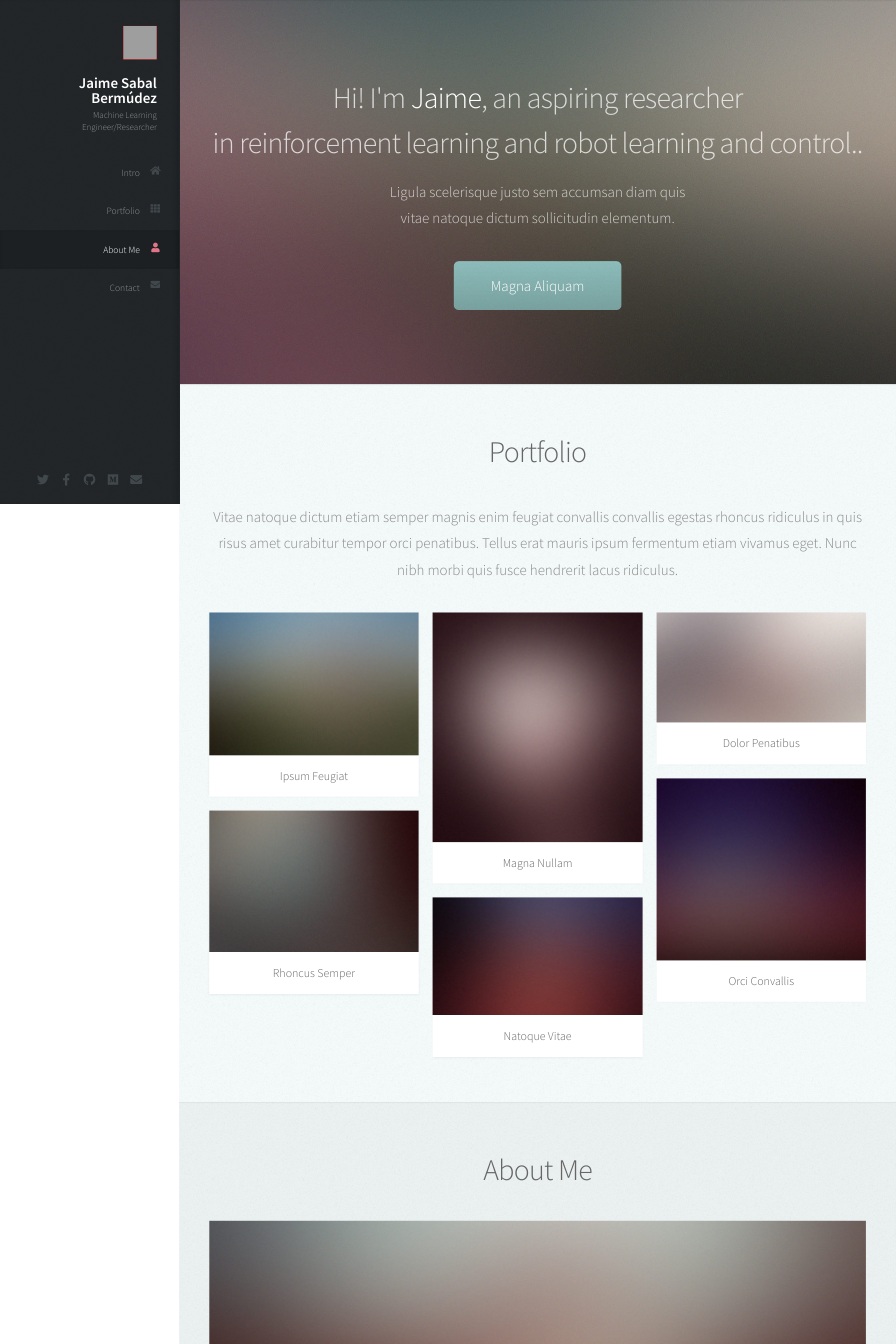
Repository: jaimesabalimperial/jaimesabalimperial.github.io
Page: index.html
These files come from the project's save history. The page is drawn as it stood at one moment and after the next save; the edit follows.
The browser window is 1280 px wide. The pictures show the part of the page from y = 0 to 1920 px (the page is 3341 px tall), at 70% of full size.
Pictures or frames that could not be fetched are drawn as grey boxes.

Above is the page before, as saved 2022-10-04 11:32:30.

### index.html
<!DOCTYPE HTML>
<!--
	Prologue by HTML5 UP
	html5up.net | @ajlkn
	Free for personal and commercial use under the CCA 3.0 license (html5up.net/license)
-->
<html>
	<head>
		<title>Prologue by HTML5 UP</title>
		<meta charset="utf-8" />
		<meta name="viewport" content="width=device-width, initial-scale=1, user-scalable=no" />
		<link rel="stylesheet" href="assets/css/main.css" />
	</head>
	<body class="is-preload">

		<!-- Header -->
			<div id="header">

				<div class="top">

					<!-- Logo -->
						<div id="logo">
							<span class="image avatar48"><img src="images/profile2.jpeg" alt="" /></span>
							<h1 id="title">Jaime Sabal Bermúdez</h1>
							<p>Machine Learning Engineer/Researcher</p>
						</div>

					<!-- Nav -->
						<nav id="nav">
							<ul>
								<li><a href="#top" id="top-link"><span class="icon solid fa-home">Intro</span></a></li>
								<li><a href="#portfolio" id="portfolio-link"><span class="icon solid fa-th">Portfolio</span></a></li>
								<li><a href="#about" id="about-link"><span class="icon solid fa-user">About Me</span></a></li>
								<li><a href="#contact" id="contact-link"><span class="icon solid fa-envelope">Contact</span></a></li>
							</ul>
						</nav>

				</div>

				<div class="bottom">

					<!-- Social Icons -->
						<ul class="icons">
							<li><a href="#" class="icon brands fa-twitter"><span class="label">Twitter</span></a></li>
							<li><a href="#" class="icon brands fa-facebook-f"><span class="label">Facebook</span></a></li>
							<li><a href="https://github.com/jaimesabalimperial" class="icon brands fa-github"><span class="label">Github</span></a></li>
							<li><a href="https://medium.com/@jsabalb" class="icon brands fa-medium"><span class="label">Medium</span></a></li>
							<li><a href="mailto: jsabalb@gmail.com" class="icon solid fa-envelope"><span class="label">Email</span></a></li>
						</ul>

				</div>

			</div>

		<!-- Main -->
			<div id="main">

				<!-- Intro -->
					<section id="top" class="one dark cover">
						<div class="container">

							<header>
								<h2 class="alt">Hi! I'm <strong>Jaime</strong>, an aspiring researcher <br />
								in reinforcement learning and robot learning and control.</a>.</h2>
								<p>Ligula scelerisque justo sem accumsan diam quis<br />
								vitae natoque dictum sollicitudin elementum.</p>
							</header>

							<footer>
								<a href="#portfolio" class="button scrolly">Magna Aliquam</a>
							</footer>

						</div>
					</section>

				<!-- Portfolio -->
					<section id="portfolio" class="two">
						<div class="container">

							<header>
								<h2>Portfolio</h2>
							</header>

							<p>Vitae natoque dictum etiam semper magnis enim feugiat convallis convallis
							egestas rhoncus ridiculus in quis risus amet curabitur tempor orci penatibus.
							Tellus erat mauris ipsum fermentum etiam vivamus eget. Nunc nibh morbi quis
							fusce hendrerit lacus ridiculus.</p>

							<div class="row">
								<div class="col-4 col-12-mobile">
									<article class="item">
										<a href="#" class="image fit"><img src="images/pic02.jpg" alt="" /></a>
										<header>
											<h3>Ipsum Feugiat</h3>
										</header>
									</article>
									<article class="item">
										<a href="#" class="image fit"><img src="images/pic03.jpg" alt="" /></a>
										<header>
											<h3>Rhoncus Semper</h3>
										</header>
									</article>
								</div>
								<div class="col-4 col-12-mobile">
									<article class="item">
										<a href="#" class="image fit"><img src="images/pic04.jpg" alt="" /></a>
										<header>
											<h3>Magna Nullam</h3>
										</header>
									</article>
									<article class="item">
										<a href="#" class="image fit"><img src="images/pic05.jpg" alt="" /></a>
										<header>
											<h3>Natoque Vitae</h3>
										</header>
									</article>
								</div>
								<div class="col-4 col-12-mobile">
									<article class="item">
										<a href="#" class="image fit"><img src="images/pic06.jpg" alt="" /></a>
										<header>
											<h3>Dolor Penatibus</h3>
										</header>
									</article>
									<article class="item">
										<a href="#" class="image fit"><img src="images/pic07.jpg" alt="" /></a>
										<header>
											<h3>Orci Convallis</h3>
										</header>
									</article>
								</div>
							</div>

						</div>
					</section>

				<!-- About Me -->
					<section id="about" class="three">
						<div class="container">

							<header>
								<h2>About Me</h2>
							</header>

							<a href="#" class="image featured"><img src="images/pic08.jpg" alt="" /></a>

							<p>Tincidunt eu elit diam magnis pretium accumsan etiam id urna. Ridiculus
							ultricies curae quis et rhoncus velit. Lobortis elementum aliquet nec vitae
							laoreet eget cubilia quam non etiam odio tincidunt montes. Elementum sem
							parturient nulla quam placerat viverra mauris non cum elit tempus ullamcorper
							dolor. Libero rutrum ut lacinia donec curae mus vel quisque sociis nec
							ornare iaculis.</p>

						</div>
					</section>

				<!-- Contact -->
					<section id="contact" class="four">
						<div class="container">

							<header>
								<h2>Contact</h2>
							</header>

							<p>Elementum sem parturient nulla quam placerat viverra
							mauris non cum elit tempus ullamcorper dolor. Libero rutrum ut lacinia
							donec curae mus. Eleifend id porttitor ac ultricies lobortis sem nunc
							orci ridiculus faucibus a consectetur. Porttitor curae mauris urna mi dolor.</p>

							<form method="post" action="#">
								<div class="row">
									<div class="col-6 col-12-mobile"><input type="text" name="name" placeholder="Name" /></div>
									<div class="col-6 col-12-mobile"><input type="text" name="email" placeholder="Email" /></div>
									<div class="col-12">
										<textarea name="message" placeholder="Message"></textarea>
									</div>
									<div class="col-12">
										<input type="submit" value="Send Message" />
									</div>
								</div>
							</form>

						</div>
					</section>

			</div>

		<!-- Footer -->
			<div id="footer">

				<!-- Copyright -->
					<ul class="copyright">
						<li>&copy; Untitled. All rights reserved.</li><li>Design: <a href="http://html5up.net">HTML5 UP</a></li>
					</ul>

			</div>

		<!-- Scripts -->
			<script src="assets/js/jquery.min.js"></script>
			<script src="assets/js/jquery.scrolly.min.js"></script>
			<script src="assets/js/jquery.scrollex.min.js"></script>
			<script src="assets/js/browser.min.js"></script>
			<script src="assets/js/breakpoints.min.js"></script>
			<script src="assets/js/util.js"></script>
			<script src="assets/js/main.js"></script>

	</body>
</html>

Loaded but not shown: assets/css/fontawesome-all.min.css (library); assets/js/jquery.min.js (library); assets/js/jquery.scrolly.min.js (common file); assets/js/jquery.scrollex.min.js (common file); assets/js/browser.min.js (common file); assets/js/breakpoints.min.js (common file); assets/js/util.js (587 lines, source omitted); assets/js/main.js (123 lines, source omitted); assets/css/main.css (2633 lines, source omitted)

After the next save:
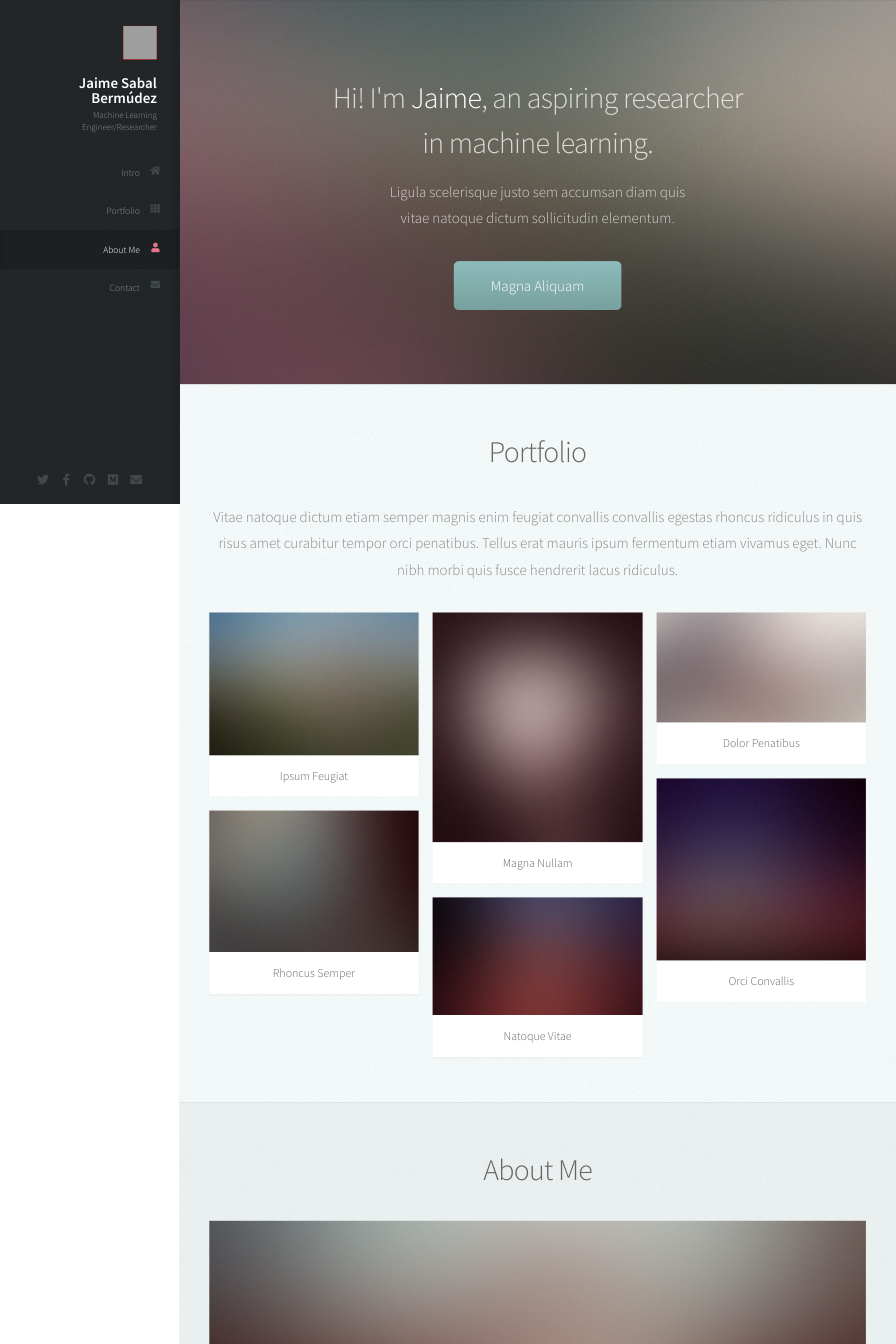
Saved 6 s later.
--- a/index.html
+++ b/index.html
@@ -61,7 +61,7 @@
 
 							<header>
 								<h2 class="alt">Hi! I'm <strong>Jaime</strong>, an aspiring researcher <br />
-								in reinforcement learning and robot learning and control.</a>.</h2>
+								in machine learning</a>.</h2>
 								<p>Ligula scelerisque justo sem accumsan diam quis<br />
 								vitae natoque dictum sollicitudin elementum.</p>
 							</header>
